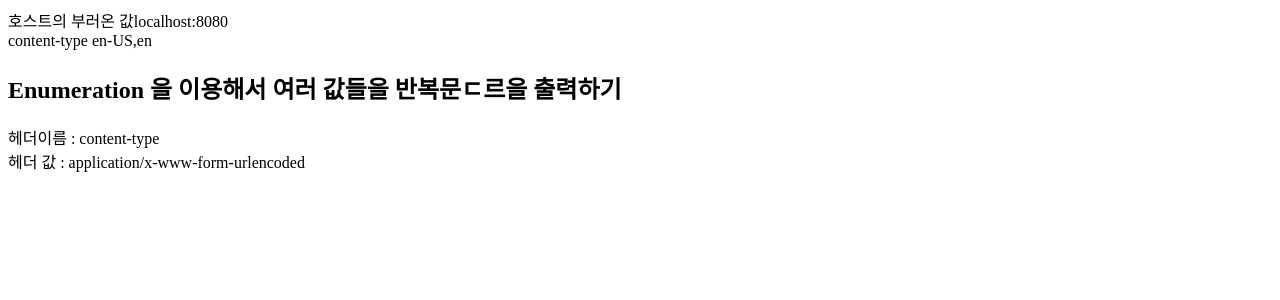
Repository: hodob/JSP_Practice
Page: http://localhost/JSP_WebMarket_JJH/ch05_ex/ex1.jsp
An editor plug-in stored every save of this project. The page is shown before and after the next save, followed by the edit.
The browser window is 1280 px wide. The pictures show the whole page.
The page is served by Tomcat 9. Other server files are loaded and not shown.

Above is the page before, as saved 2022-08-10 02:05:32.

### JSP_WebMarket_JJH/WebContent/ch05_ex/ex1.jsp
<%@page import="java.util.Enumeration"%>
<%@ page language="java" contentType="text/html; charset=UTF-8"
    pageEncoding="UTF-8"%>
<!DOCTYPE html>
<html>
<head>
<meta charset="UTF-8">
<title>Insert title here</title>
</head>
<body>
<!-- <form action="ex2.jsp" method="post">
<p>이름 		: 	<input type="text" name = "name">
<p>아이디 	: 	<input type="text" name = "id1234">
<p>비번 		: 	<input type="text" name = "passwd">
<p>아이디 	:	<input type = "submit" value="전송">
</form> -->

<%! String headerName;
String headerValue;%>





<%
Enumeration en =request.getHeaderNames();
String hostValue = request.getHeader("host");
String ctValue = request.getHeader("accept-language");
%>
호스트의 부러온 값<%= hostValue %> <br>
content-type <%=ctValue%>
<h2> Enumeration 을 이용해서 여러 값들을 반복문ㄷ르을 출력하기 </h2>
<%
while(en.hasMoreElements()){
	 headerName = (String)en.nextElement(); //nextEl -- 원소를 가져오는 것을 의미한다.
	 headerValue = (String)request.getHeader(headerName);  //키값으로 value 값 저장
}
%>
헤더이름 : <%= headerName %> <br> 헤더 값 : <%= headerValue %>


</body>
</html>

After the next save:
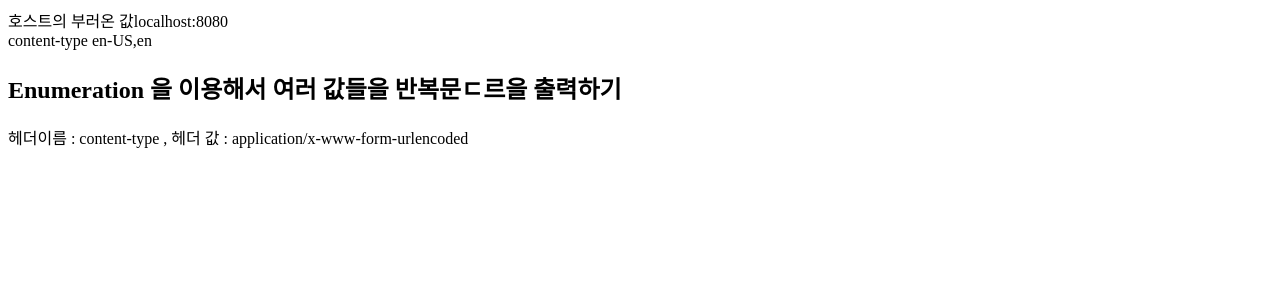
Saved 29 s later.
--- a/JSP_WebMarket_JJH/WebContent/ch05_ex/ex1.jsp
+++ b/JSP_WebMarket_JJH/WebContent/ch05_ex/ex1.jsp
@@ -36,7 +36,7 @@ while(en.hasMoreElements()){
 	 headerValue = (String)request.getHeader(headerName);  //키값으로 value 값 저장
 }
 %>
-헤더이름 : <%= headerName %> <br> 헤더 값 : <%= headerValue %>
+헤더이름 : <%= headerName %> , 헤더 값 : <%= headerValue %> <br>
 
 
 </body>
